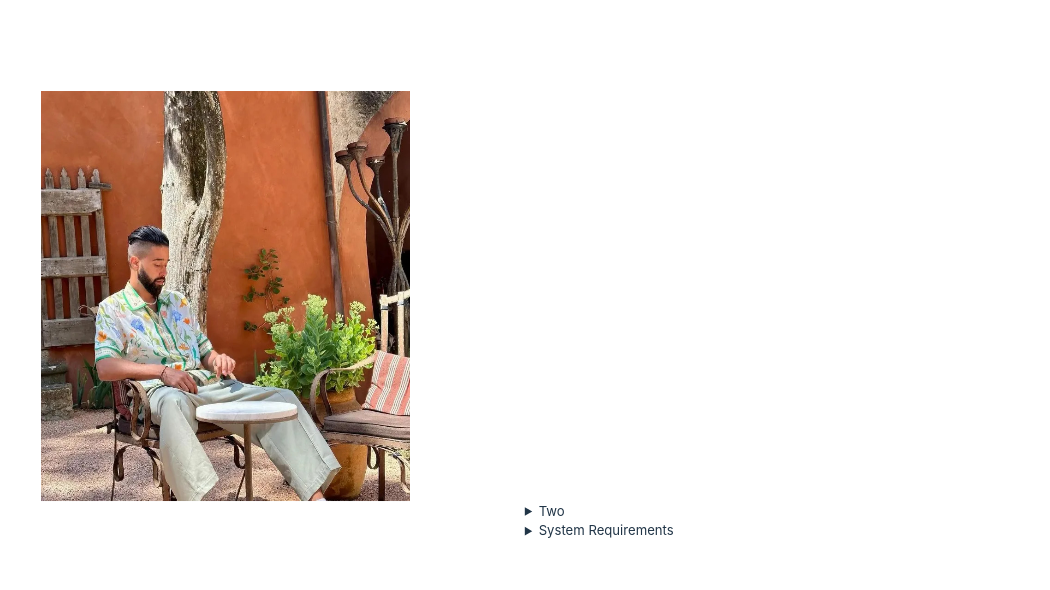
Repository: GavinPahal/my_app
Page: / (app in react/)
An editor plug-in stored every save of this project. The page is shown before and after the next save, followed by the edit.
The browser window is 1280 px wide. The pictures show the whole page, at 82% of full size.
The project was rebuilt for these pictures with package versions that can differ from the ones it lists, and the page was loaded fresh each time. Also part of the build but not shown: react/vite.config.js.

Above is the page before, as saved 2024-09-14 10:52:04.

After the next save:
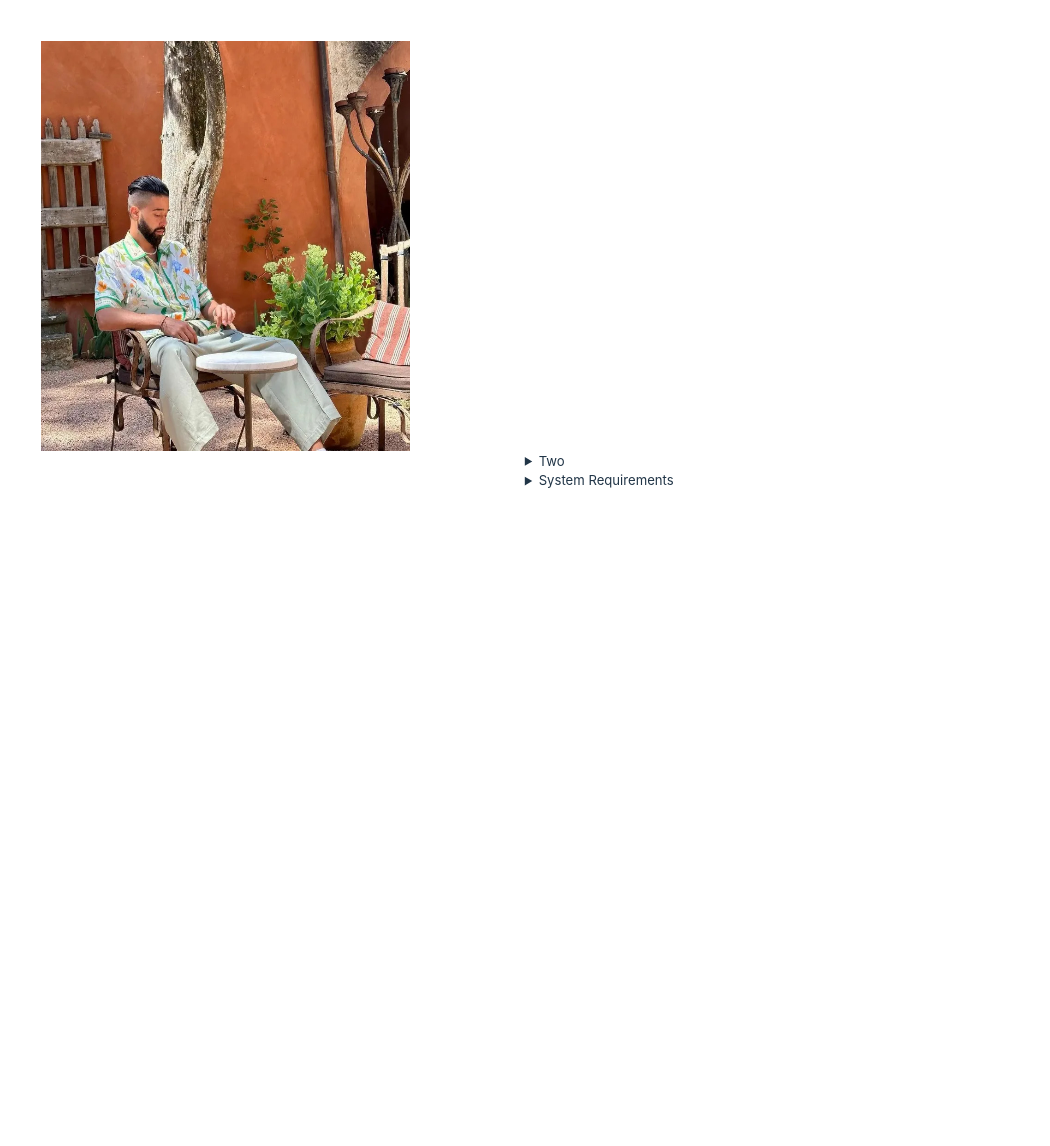
Saved 13 s later.
--- a/react/src/App.css
+++ b/react/src/App.css
@@ -10,4 +10,5 @@
 flex-direction: column;
 justify-content:center;
 padding-left: 40rem;
+padding-bottom: 50rem;
 }
